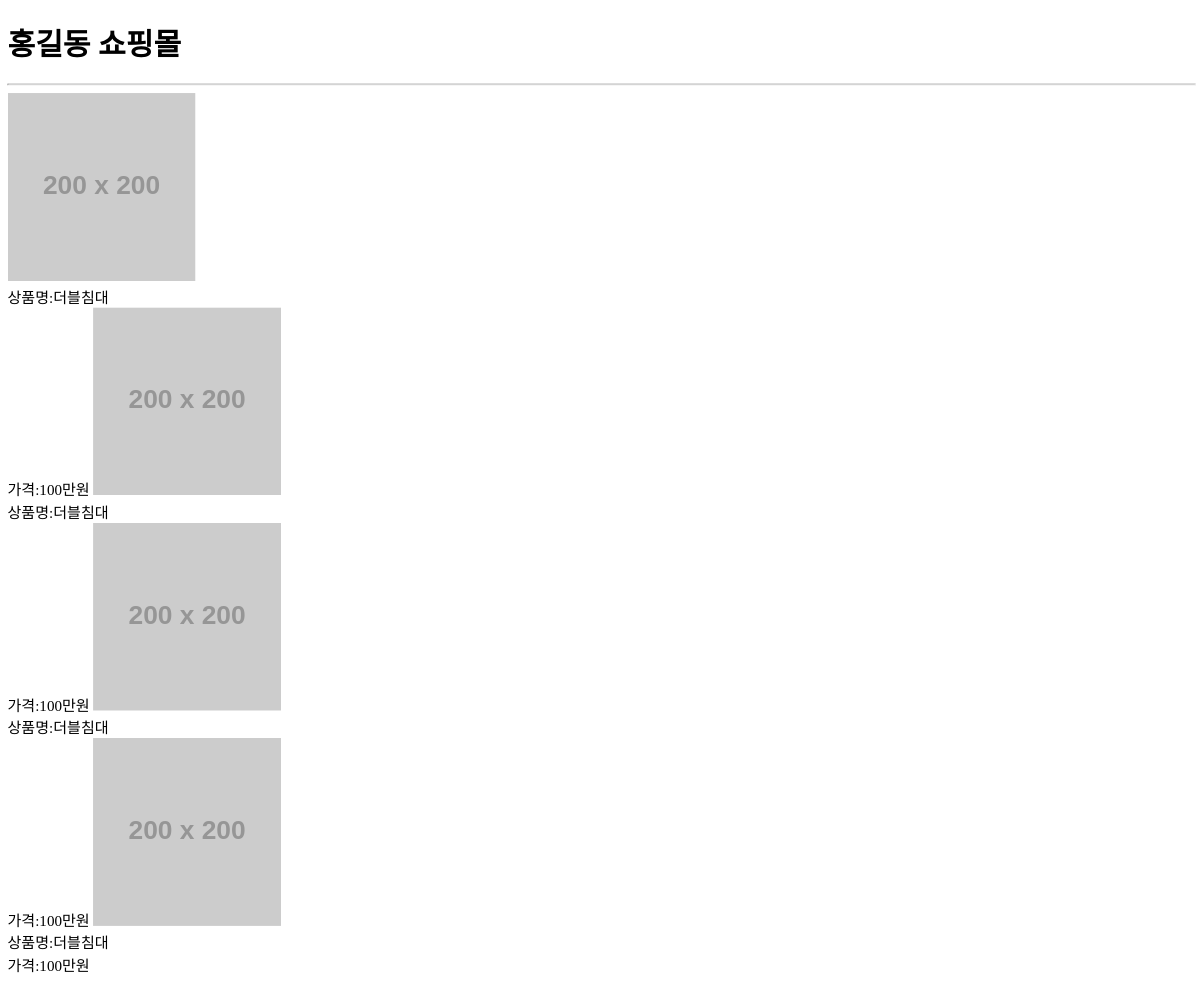
Repository: blinggg/html_git
Page: 0406/ex0406/WebContent/ex07.html
These files come from the project's save history. The page is drawn as it stood at one moment and after the next save; the edit follows.
The browser window is 1280 px wide. The pictures show the whole page, at 94% of full size.

Above is the page before, as saved 2020-04-06 07:29:49.

After the next save:
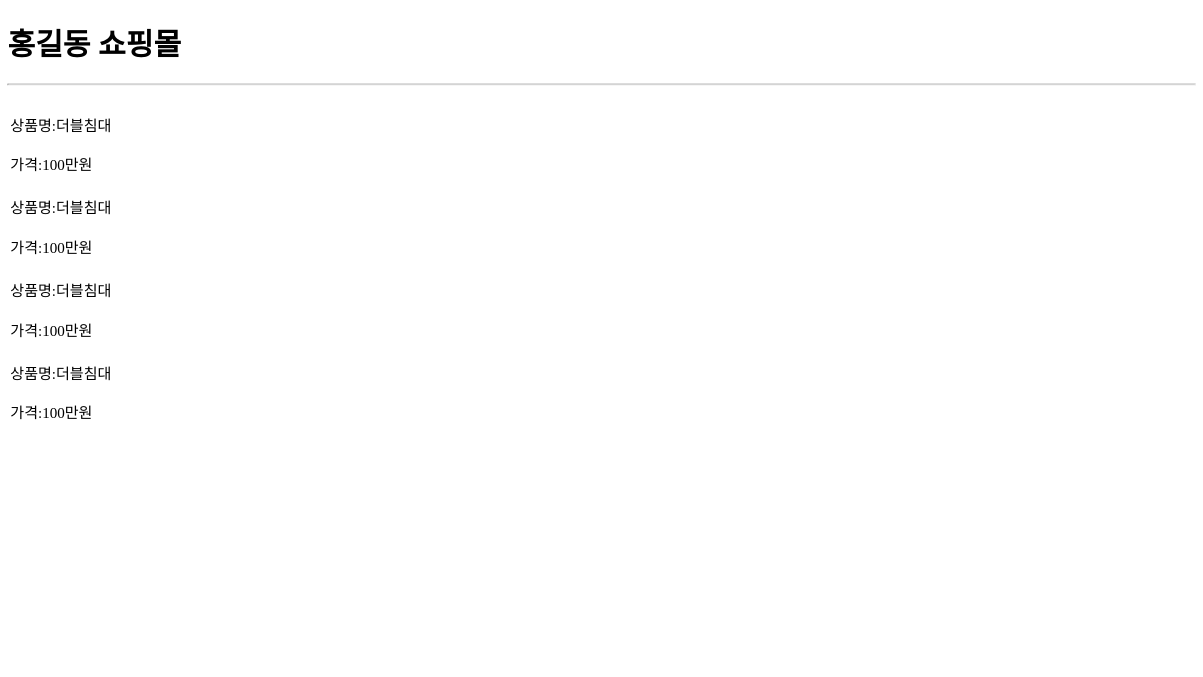
Saved 8 min 45 s later.
--- a/0406/ex0406/WebContent/ex07.html
+++ b/0406/ex0406/WebContent/ex07.html
@@ -3,6 +3,12 @@
 <head>
 <meta charset="UTF-8">
 <title>홍길동 쇼핑몰</title>
+<style>
+	span {background:yellow;
+	padding:10px;
+	margin:10px;width:200px; height:200px;}
+	table{margine:0px auto;} /*테이블 가운데 정렬*/
+</style>
 </head>
 <body>
 
@@ -15,32 +21,36 @@
 </nav>
 
 <section>
-	<div>
-	<span>
-		<img src="http://placehold.it/200x200"><br>
+	<table boder=1 width=800>
+	<tr>
+		<td>
+		<img: src="http://placehold.it/150x150"/><br>
 		상품명:더블침대<br>
-		가격:100만원
-	</span>
+		<br>가격:100만원
+	</td>
 
-	<span>
-		<img src="http://placehold.it/200x200"><br>
+		<tr>
+		<td>
+		<img: src="http://placehold.it/150x150"/><br>
 		상품명:더블침대<br>
-		가격:100만원
-	</span>
+		<br>가격:100만원
+	</td>
 
-	<span>
-		<img src="http://placehold.it/200x200"><br>
+		<tr>
+		<td>
+		<img: src="http://placehold.it/150x150"/><br>
 		상품명:더블침대<br>
-		가격:100만원
-	</span>
+		<br>가격:100만원
+	</td>
 
-	<span>
-		<img src="http://placehold.it/200x200"><br>
+		<tr>
+		<td>
+		<img: src="http://placehold.it/150x150"/><br>
 		상품명:더블침대<br>
-		가격:100만원
-	</span>
+		<br>가격:100만원
+	</td>
+	</table>
 
-	</div>
 </section>
 
 
